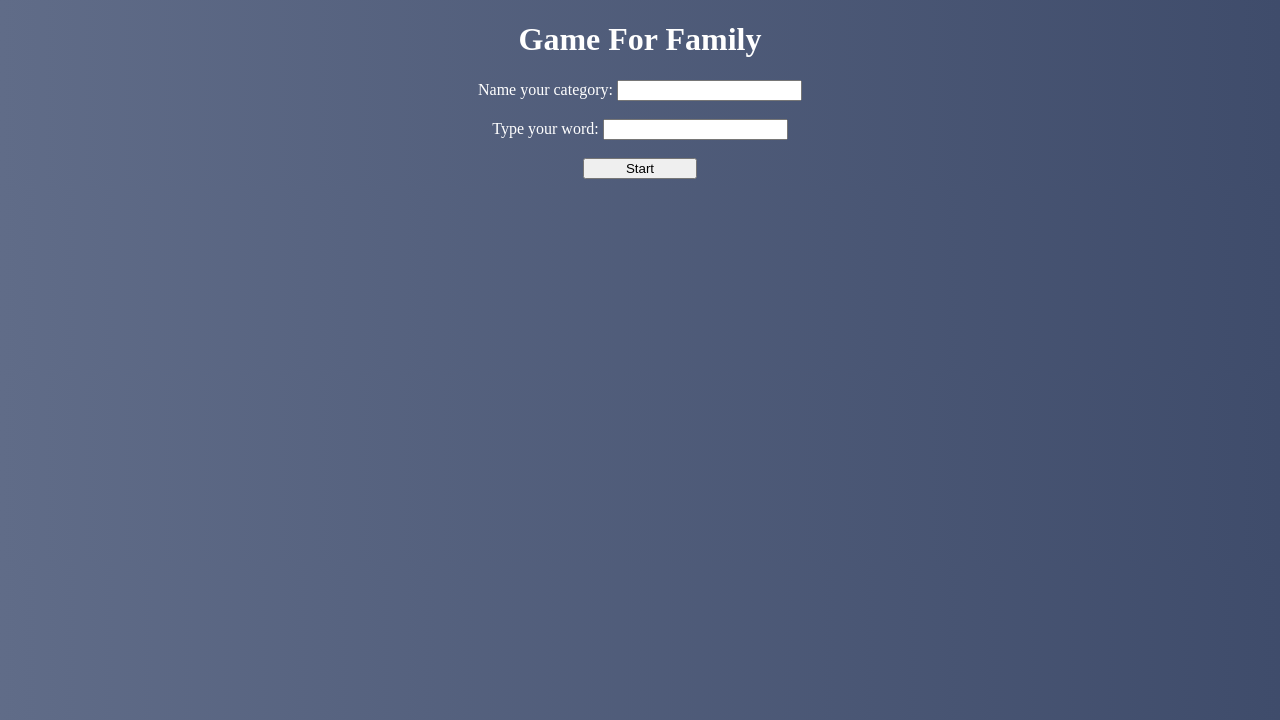
Repository: Darkingfired/Game
Page: index.html
The author's editor kept a copy of each file at every save. The page is drawn from the files as they stood at one save, then again after the next save.
The browser window is 1280 px wide. The pictures show the whole page.

Above is the page before, as saved 2022-09-09 04:13:31.
Console error: SyntaxError: Cannot use import statement outside a module

### index.html
<!DOCTYPE html>
<html lang="en">
  <head>
    <title>Hangman Game</title>
    <meta charset="UTF-8" />
    <meta http-equiv="X-UA-Compatible" content="IE=edge" />
    <meta name="viewport" content="width=device-width, initial-scale=1.0" />
    <link rel="stylesheet" href="style.css" />
    <script defer src="script.js"></script>
  </head>
  <body>
    <h1>Game For Family</h1>
    <form action="http://127.0.0.1:5500/hangman.html" method="get">
      <label for="fname">Name your category:</label>
      <input type="text" id="fname" name="fname"><br><br>
      <label for="lname">Type your word:</label>
      <input type="text" id="lname" name="lname"><br><br>
      <input style="width: 9%" type="submit" value="Start">
    </form>
        <!-- <button class="button button4"><a>click here</a></button> -->
  </body>
</html>
<!--
<iframe id="ssIFrame_google" sandbox="allow-scripts allow-same-origin" aria-hidden="true" frame-border="0" src="https://accounts.google.com/o/oauth2/iframe#origin=https%3A%2F%2Fwww.linkedin.com&amp;rpcToken=400577418.81786543" style="position: absolute; width: 1px; height: 1px; inset: -9999px; display: none;"></iframe> -->

### style.css
body {
  /** background-image: linear-gradient(to right, #f46b45, #eea849); */
  background-image: linear-gradient(to right, #606c88, #3f4c6b);
  color: white;
  text-align: center;
}
.wrapper {
  width: fit-content;
  margin: auto;
}
.hint-div {
  display: flex;
  color: chartreuse;
}
.hint-button,
.reset-button,
.notification-button {
  cursor: pointer;
}
.reset-button {
  margin-left: auto;
}
.alpha {
  width: 2rem;
  height: 2rem;
  background: #ffe5b4;
  border: none;
  border-radius: 4px;
  margin: 3px;
  cursor: pointer;
}
.alpha:hover {
  background-color: #e75480;
  border: none;
}
.disabled {
  pointer-events: none;
  background-color: darkgray;
}

.word-div {
  display: inline-flex;
}
.word {
  margin-right: 1.5rem;
}
.notification {
  position: absolute;
  top: 50%;
  left: 50%;
  transform: translate(-50%, -50%);
  background: #fc6c85;
  width: 20rem;
  padding: 20px 10px;
  border-radius: 4px;
  box-shadow: 3px 3px 1px 1px rgba(0, 0, 0, 0.2);
}
.blur {
  filter: blur(2px);
}
.hidden {
  display: none;
}
form {
  display: block;
}

### script.js
import React from 'react';

var input;



if(input == HangMan){


}
else if (input != HangMan){
    Document.write("Ko co Game nay");
}

After the next save:
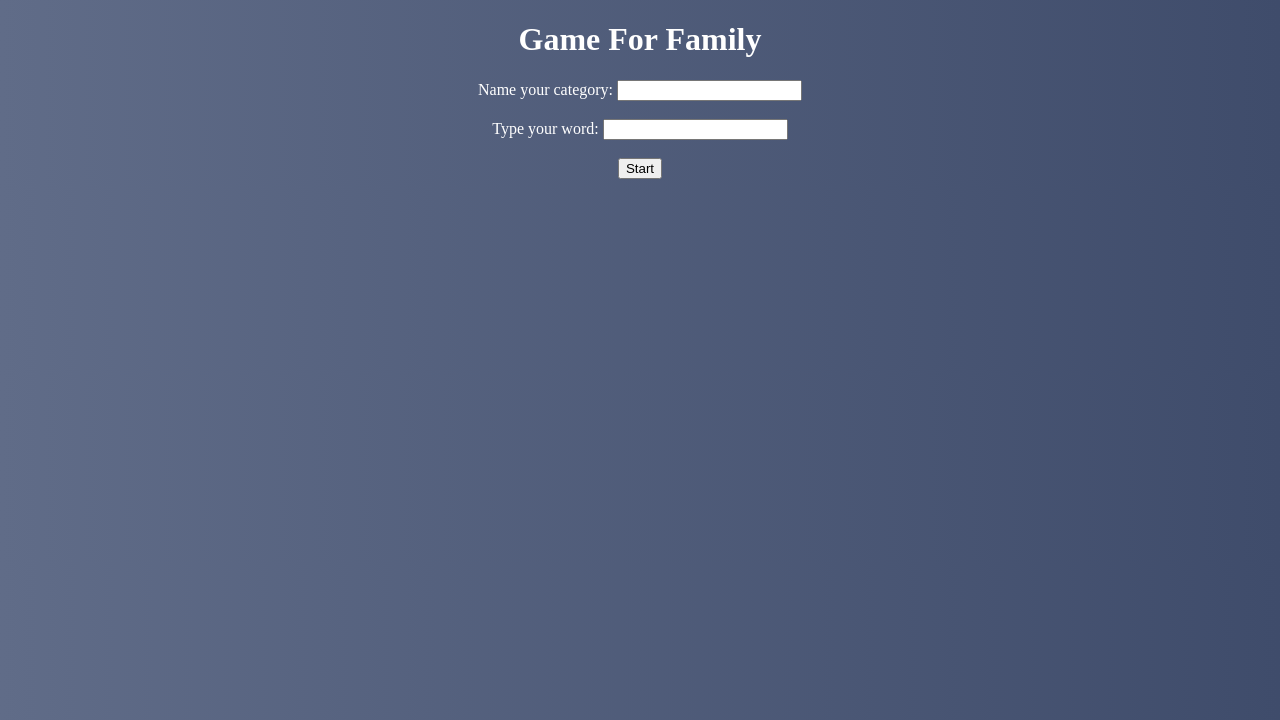
Saved 8 s later.
--- a/index.html
+++ b/index.html
@@ -15,7 +15,7 @@
       <input type="text" id="fname" name="fname"><br><br>
       <label for="lname">Type your word:</label>
       <input type="text" id="lname" name="lname"><br><br>
-      <input style="width: 9%" type="submit" value="Start">
+      <input style="width: 9%, " type="submit" value="Start">
     </form>
         <!-- <button class="button button4"><a>click here</a></button> -->
   </body>

After the 5 saves that followed:
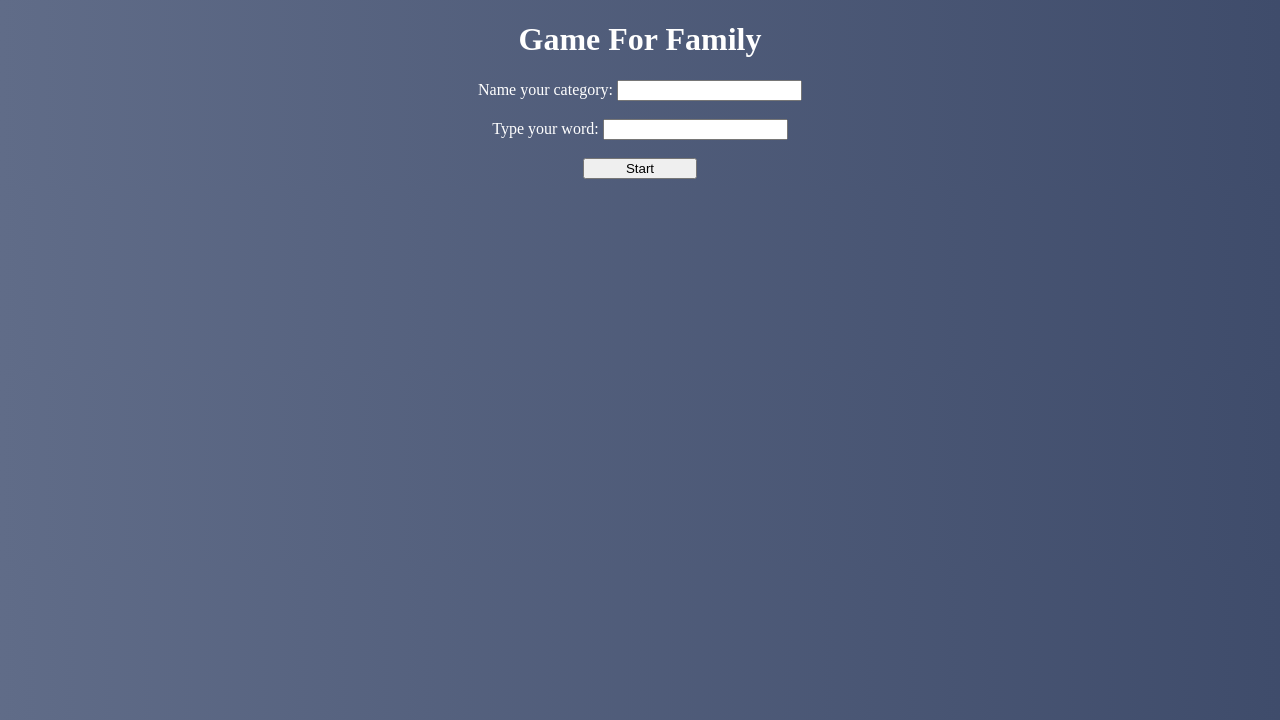
The 5 saves are shown as one change because 2 left the picture as it was and some came seconds apart.
The last was saved 18 s later.
--- a/index.html
+++ b/index.html
@@ -15,7 +15,7 @@
       <input type="text" id="fname" name="fname"><br><br>
       <label for="lname">Type your word:</label>
       <input type="text" id="lname" name="lname"><br><br>
-      <input style="width: 9%, " type="submit" value="Start">
+      <input style="width: 9%"", "height: 6%" type="submit" value="Start">
     </form>
         <!-- <button class="button button4"><a>click here</a></button> -->
   </body>
